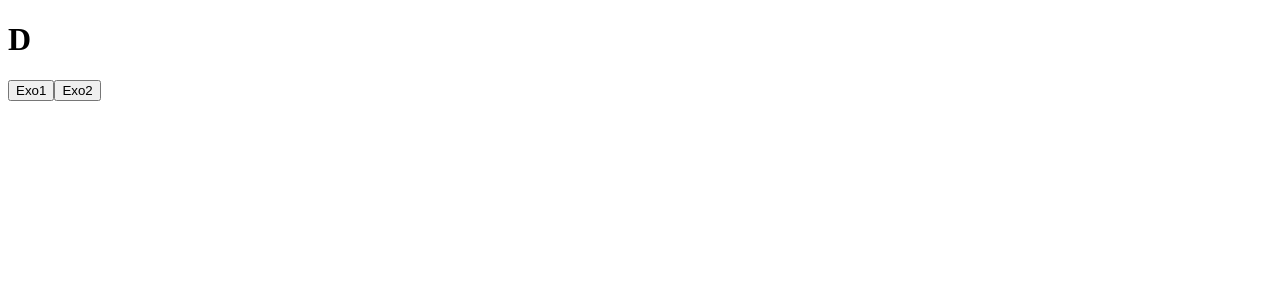
Repository: Chebani/Devoir-n1
Page: index.html
The author's editor kept a copy of each file at every save. The page is drawn from the files as they stood at one save, then again after the next save.
The browser window is 1280 px wide. The pictures show the whole page.

Above is the page before, as saved 2018-09-20 16:11:42.

### index.html
<!DOCTYPE html>
<html>
<head>
    <meta charset="utf-8" />
    <meta http-equiv="X-UA-Compatible" content="IE=edge">
    <title>Devoir Revision</title>
    <meta name="viewport" content="width=device-width, initial-scale=1">
    <script src="JS/fonctions.js"></script>
    <script src="JQuery/jquery-3.1.1.js"></script>

    <script type="text/javascript">
        $(
            function(){
                $('#btnExo1').click(Exo1);
                $('#btnExo2').click(Exo2);
                /*$('#lstActivites').change(AfficherLesFormations);*/
            }
        )

    </script>
</head>
<body>
    <h1>D</h1>
    <input type="button" value="Exo1" id="btnExo1"><input type="button" value="Exo2" id="btnExo2">
    <br><br>

    <br><br><br>
    <div id="activites"></div>
    <br><br><br>
    <div id="formations"></div>
</body>
</html>

### JS/fonctions.js
function Exo1(){
    $.ajax(
        {
            type:"get",
            url:"PHP/getLesActivites.php",
            success:function(data)
            {
                $('#activites').empty();
                $('#activites').append(data);
            },
            error:function()
            {
                alert("Erreur sur les activités");
            }



        }
    )
};

function Exo2(){
    $.ajax(
        {
            type:"get",
            url:"",
            success:function()
            {

            },
            error:function()
            {

            }



        }
    )
};

function AfficherLesFormations(){
    $.ajax(
        {
            type:"get",
            url:"PHP/getLesFormations.php",
            data:"id="+$('#lstActivites').val(),
            success:function(data)
            {
                $('#formations').empty();
                $('#formations').append(data);
            },
            error:function()
            {
                alert("Erreur sur les activités");
            }



        }
    )
}

Loaded but not shown: JQuery/jquery-3.1.1.js (library)

After the next save:
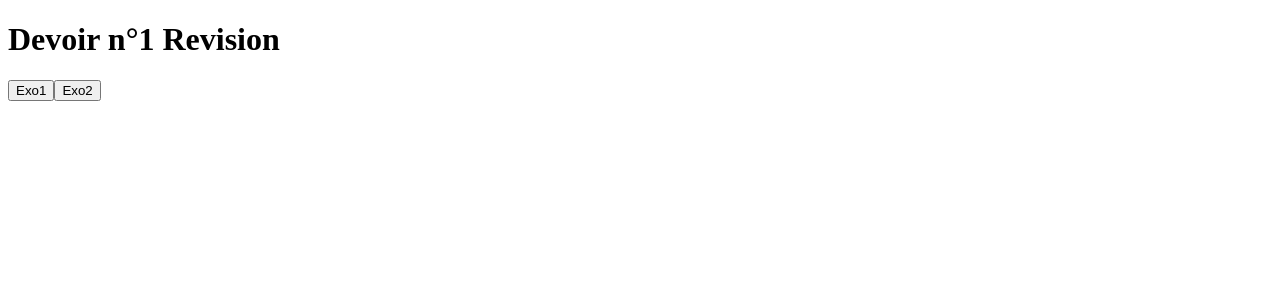
Saved 3 min 29 s later.
--- a/index.html
+++ b/index.html
@@ -13,14 +13,14 @@
             function(){
                 $('#btnExo1').click(Exo1);
                 $('#btnExo2').click(Exo2);
-                /*$('#lstActivites').change(AfficherLesFormations);*/
+
             }
         )
 
     </script>
 </head>
 <body>
-    <h1>D</h1>
+    <h1>Devoir n°1 Revision</h1>
     <input type="button" value="Exo1" id="btnExo1"><input type="button" value="Exo2" id="btnExo2">
     <br><br>
 
